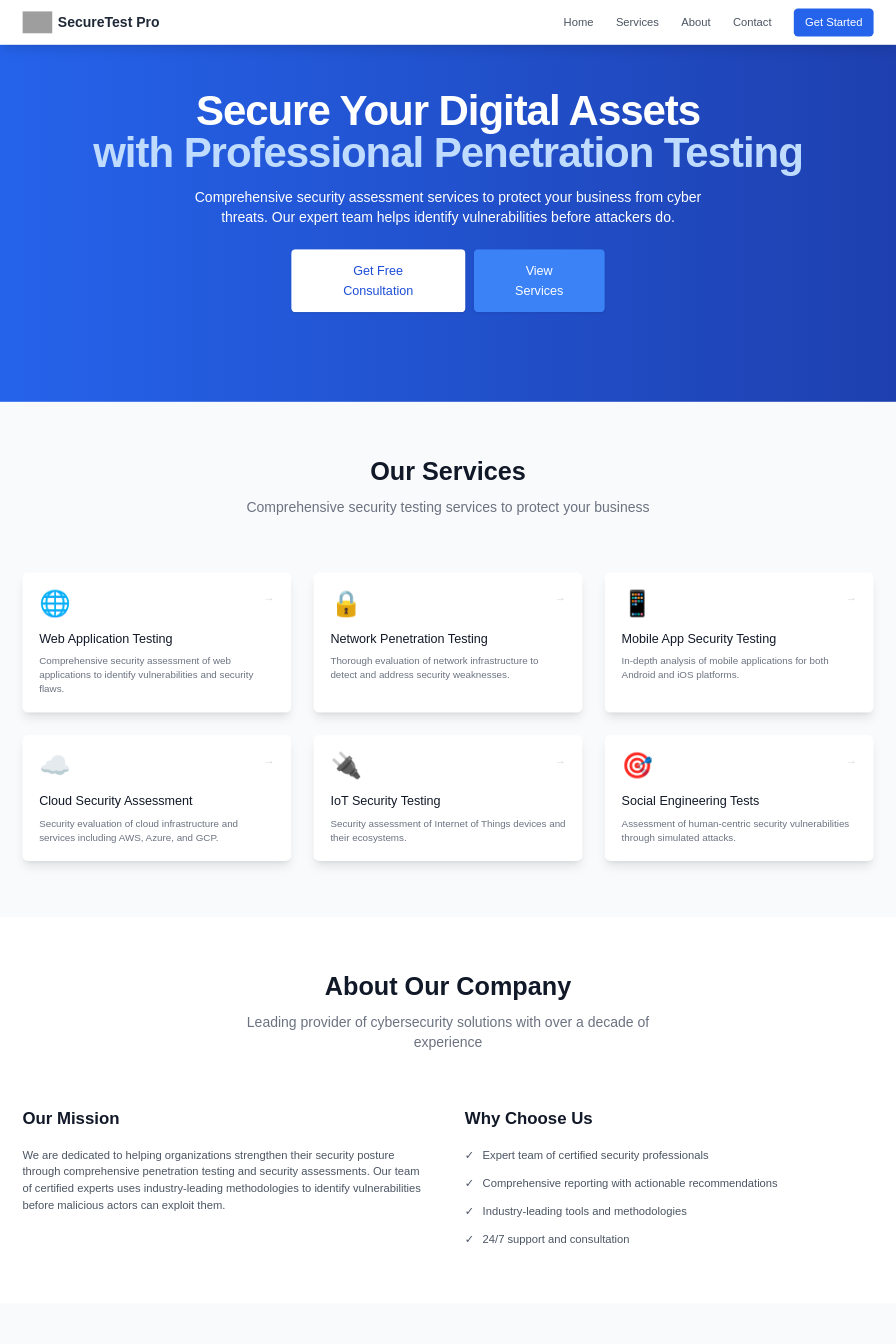
Repository: ZSayless/Penetration-test
Page: /
These files come from the project's save history. The page is drawn as it stood at one moment and after the next save; the edit follows.
The browser window is 1280 px wide. The pictures show the part of the page from y = 0 to 1920 px (the page is 3928 px tall before and 3992 px after), at 70% of full size.
Pictures or frames that could not be fetched are drawn as grey boxes. The project was rebuilt for these pictures with package versions that can differ from the ones it lists, and the page was loaded fresh each time. The framework's server and built-in components were replaced by stand-ins that run in the browser. Also part of the build but not shown: next.config.js.

Above is the page before, as saved 2024-12-03 16:39:31.

After the next save:
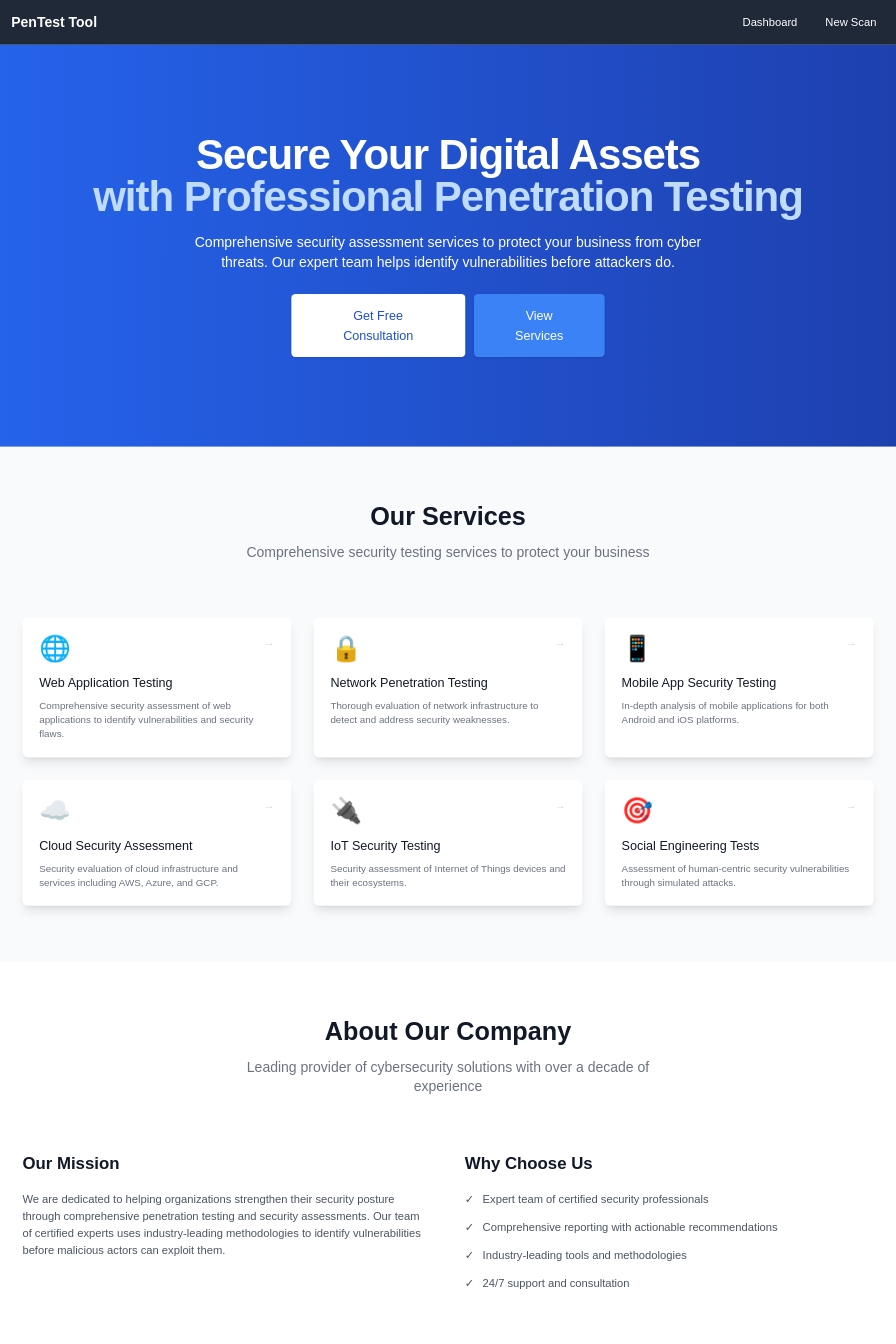
Saved 58 s later.
--- a/src/app/layout.tsx
+++ b/src/app/layout.tsx
@@ -1,5 +1,5 @@
 import type { Metadata } from 'next';
-import Navbar from '@/components/layout/Navbar';
+import Navbar from '@/components/Navbar';
 import './globals.css';
 
 export const metadata: Metadata = {
